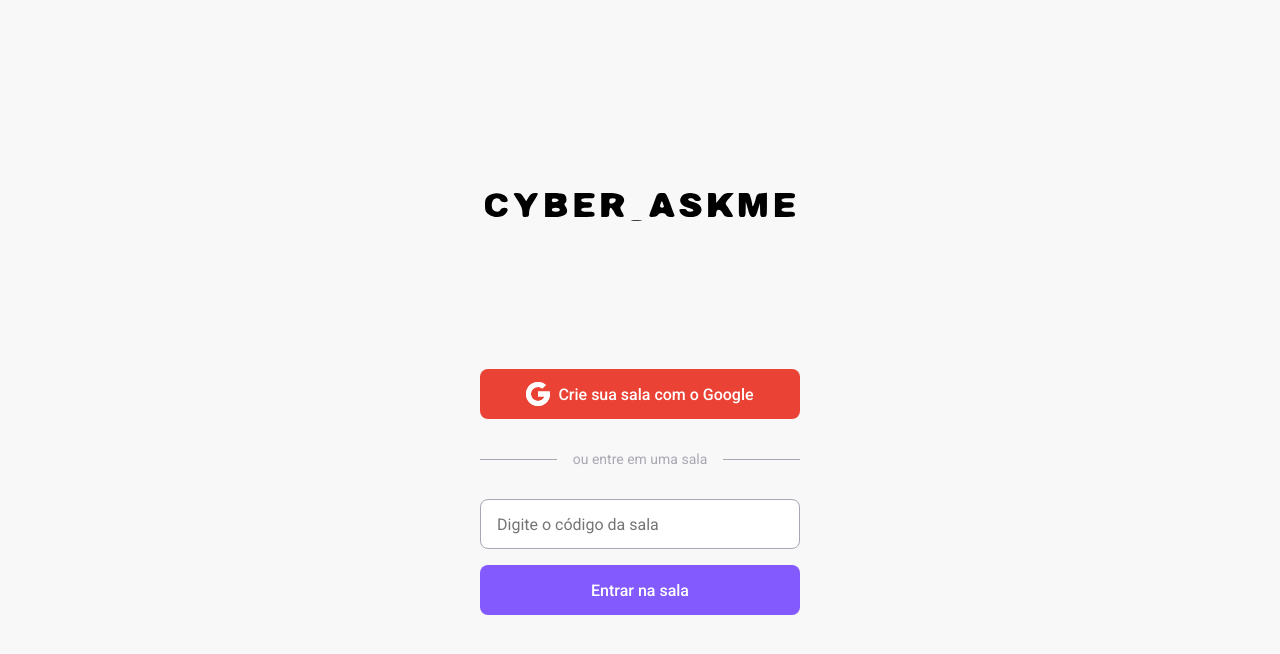
Repository: DevSecOpsRodrigo/cyberx
Page: /
The author's editor kept a copy of each file at every save. The page is drawn from the files as they stood at one save, then again after a run of saves.
The browser window is 1280 px wide. The pictures show the whole page.
The project was rebuilt for these pictures with package versions that can differ from the ones it lists, and the page was loaded fresh each time. Also part of the build but not shown: src/pages/NewRoom.tsx, src/components/Question/styles.scss, src/components/Question/index.tsx, src/styles/room-code.scss, src/components/RoomCode.tsx, src/hooks/useRoom.ts, src/styles/room.scss, src/pages/Room.tsx and 1 more.

Above is the page before, as saved 2021-07-19 04:49:59.

### public/index.html
<!DOCTYPE html>
<html lang="en">
  <head>
    <meta charset="utf-8" />
    <meta name="viewport" content="width=device-width, initial-scale=1" />

    <link rel="preconnect" href="https://fonts.gstatic.com">
    <link href="https://fonts.googleapis.com/css2?family=Poppins:wght@400;700&family=Roboto:wght@400;500&display=swap" rel="stylesheet">

    <link rel="shortcut icon" href="favicon.png" />
    <title>Letmeask</title>
  </head>
  <body>
    <noscript>You need to enable JavaScript to run this app.</noscript>
    <div id="root"></div>
  </body>
</html>

### src/App.tsx
import { BrowserRouter, HashRouter, Route, Switch } from 'react-router-dom'

import { Home } from "./pages/Home";
import { NewRoom } from "./pages/NewRoom";
import { Room } from './pages/Room';
import { AdminRoom } from './pages/AdminRoom';

import { AuthContextProvider } from './contexts/AuthContext'

function App() {
  return (
   <HashRouter>
     <BrowserRouter>
       <AuthContextProvider>
         <Switch>
           <Route path="/" exact component={Home} />
           <Route path="/rooms/new" component={NewRoom} />
           <Route path="/rooms/:id" component={Room} />

           <Route path="/admin/rooms/:id" component={AdminRoom} />
         </Switch>
       </AuthContextProvider>
     </BrowserRouter>
    </HashRouter>
  );
}

export default App;

### src/services/firebase.ts
import firebase from 'firebase/app';

import 'firebase/auth';
import 'firebase/database';

const firebaseConfig = {
  apiKey: "AIzaSyB8s760YcuM7_H1orjfoDASmH31FOrPwCY",
  authDomain: "letmeask-projeto-a2916.firebaseapp.com",
  databaseURL: "https://letmeask-projeto-a2916-default-rtdb.firebaseio.com",
  projectId: "letmeask-projeto-a2916",
  storageBucket: "letmeask-projeto-a2916.appspot.com",
  messagingSenderId: "230011109510",
  appId: "1:230011109510:web:68f979985c181dc15bd107"
};


  firebase.initializeApp(firebaseConfig);

  export const auth = firebase.auth();
  export const database = firebase.database();

  export {firebase}

### src/pages/Home.tsx
import { useHistory } from 'react-router-dom'
import { FormEvent, useState } from 'react';

import illustrationImg from '../assets/images/illustration.svg'
import logoImg from '../assets/images/logo.svg';
import googleIconImg from '../assets/images/google-icon.svg';

import { database } from '../services/firebase';

import { Button } from '../components/Button';
import { useAuth } from '../hooks/useAuth';

import '../styles/auth.scss';

export function Home() {
  const history = useHistory();
  const { user, signInWithGoogle } = useAuth()
  const [roomCode, setRoomCode] = useState('');

  async function handleCreateRoom() {
    if (!user) {
      await signInWithGoogle()
    }

    history.push('/rooms/new');
  }

  async function handleJoinRoom(event: FormEvent) {
    event.preventDefault();

    if (roomCode.trim() === '') {
      return;
    }

    const roomRef = await database.ref(`rooms/${roomCode}`).get();

    if (!roomRef.exists()) {
      alert('Room does not exists.');
      return;
    }

    if (roomRef.val().endedAt) {
      alert('Room already closed.');
      return;
    }

    history.push(`/rooms/${roomCode}`);
  }

  return (
    <div id="page-auth">

      <main>
        <div className="main-content">
          <img src={logoImg} alt="Letmeask" />
          <button onClick={handleCreateRoom} className="create-room">
            <img src={googleIconImg} alt="Logo do Google" />
            Crie sua sala com o Google
          </button>
          <div className="separator">ou entre em uma sala</div>
          <form onSubmit={handleJoinRoom}>
            <input
              type="text"
              placeholder="Digite o código da sala"
              onChange={event => setRoomCode(event.target.value)}
              value={roomCode}
            />
            <Button type="submit">
              Entrar na sala
            </Button>
          </form>
        </div>
      </main>
    </div>
  )
}

### src/contexts/AuthContext.tsx
import { createContext, ReactNode, useEffect, useState } from "react";
import { auth, firebase } from "../services/firebase";

type User = {
  id: string;
  name: string;
  avatar: string;
}

type AuthContextType = {
  user: User | undefined;
  signInWithGoogle: () => Promise<void>;
}

type AuthContextProviderProps = {
  children: ReactNode;
}

export const AuthContext = createContext({} as AuthContextType);

export function AuthContextProvider(props: AuthContextProviderProps) {
  const [user, setUser] = useState<User>();

  useEffect(() => {
    const unsubscribe = auth.onAuthStateChanged(user => {
      if (user) {
        const { displayName, photoURL, uid } = user

        if (!displayName || !photoURL) {
          throw new Error('Missing information from Google Account.');
        }

        setUser({
          id: uid,
          name: displayName,
          avatar: photoURL
        })
      }
    })

    return () => {
      unsubscribe();
    }
  }, [])

  async function signInWithGoogle() {
    const provider = new firebase.auth.GoogleAuthProvider();

    const result = await auth.signInWithPopup(provider);

    if (result.user) {
      const { displayName, photoURL, uid } = result.user

      if (!displayName || !photoURL) {
        throw new Error('Missing information from Google Account.');
      }

      setUser({
        id: uid,
        name: displayName,
        avatar: photoURL
      })
    }
  }

  return (
    <AuthContext.Provider value={{ user, signInWithGoogle }}>
      {props.children}
    </AuthContext.Provider>
  );
}

### src/styles/auth.scss
#page-auth {
  display: flex;
  align-items: stretch;
  height: 100vh;

  aside {
    flex: 7;

    background: #835afd;
    color: #FFF;

    display: flex;
    flex-direction: column;
    justify-content: center;

    padding: 120px 80px;

    img {
      max-width: 320px;
    }

    strong {
      font: 700 36px 'Poppins', sans-serif;
      line-height: 42px;
      margin-top: 16px;
    }

    p {
      font-size: 24px;
      line-height: 32px;
      margin-top: 16px;
      color: #f8f8f8;
    }
  }

  main {
    flex: 8;

    padding: 0 32px;

    display: flex;
    align-items: center;
    justify-content: center;
  }

  .main-content {
    display: flex;
    flex-direction: column;
    width: 100%;
    max-width: 320px;
    align-items: stretch;
    text-align: center;

    > img {
      align-self: center;
    }

    h2 {
      font-size: 24px;
      margin: 64px 0 24px;
      font-family: 'Poppins', sans-serif;
    }

    form {
      input {
        height: 50px;
        border-radius: 8px;
        padding: 0 16px;
        background: #FFF;
        border: 1px solid #a8a8b3;
      }

      button {
        margin-top: 16px;
      }

      button, input {
        width: 100%;
      }
    }

    p {
      font-size: 14px;
      color: #737380;
      margin-top: 16px;

      a {
        color: #e559f9;
      }
    }
  }

  .create-room {
    margin-top: 64px;
    height: 50px;
    border-radius: 8px;
    font-weight: 500;
    background: #ea4335;
    color: #FFF;

    display: flex;
    justify-content: center;
    align-items: center;

    cursor: pointer;
    border: 0;

    transition: filter 0.2s;

    img {
      margin-right: 8px;
    }

    &:hover {
      filter: brightness(0.9);
    }
  }

  .separator {
    font-size: 14px;
    color: #a8a8b3;

    margin: 32px 0;
    display: flex;
    align-items: center;

    &::before {
      content: '';
      flex: 1;
      height: 1px;
      background: #a8a8b3;
      margin-right: 16px;
    }

    &::after {
      content: '';
      flex: 1;
      height: 1px;
      background: #a8a8b3;
      margin-left: 16px;
    }
  }
}

Loaded but not shown: src/index.tsx (common file); src/styles/global.scss (common file); src/components/Button.tsx (common file); src/hooks/useAuth.ts (common file); src/styles/button.scss (common file)

After the next 2 saves:
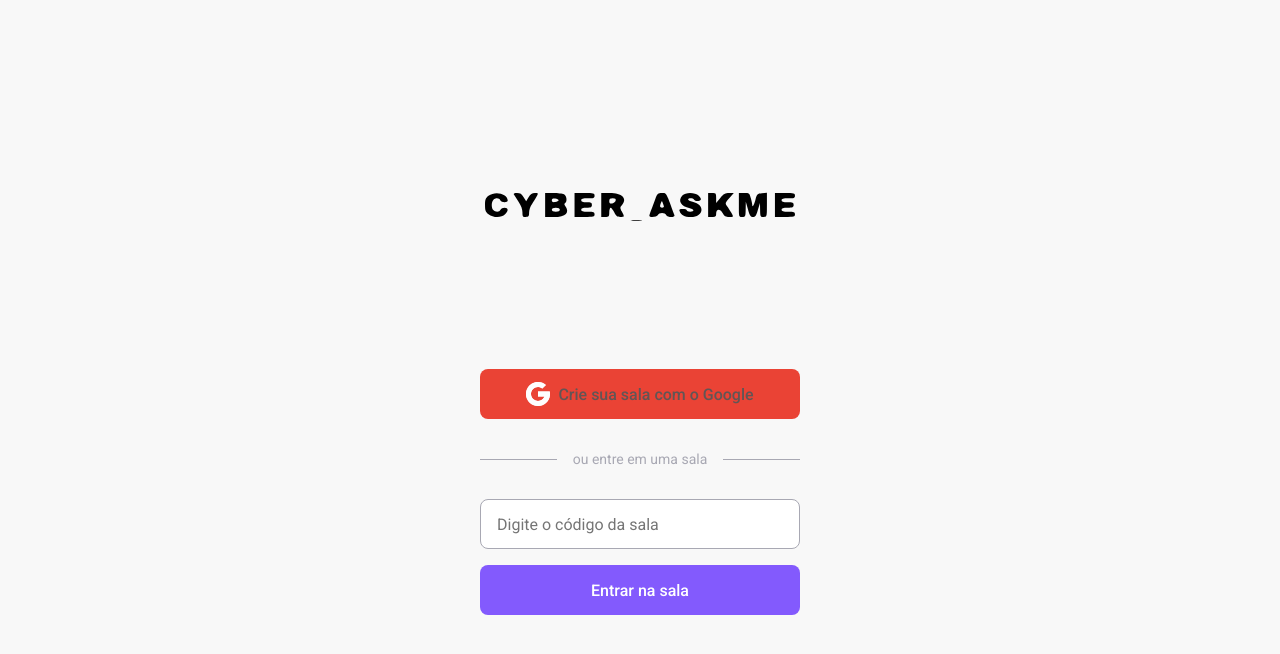
The 2 saves are shown as one change because they came seconds apart.
The last was saved 51 s later.
--- a/src/styles/auth.scss
+++ b/src/styles/auth.scss
@@ -96,7 +96,7 @@
     border-radius: 8px;
     font-weight: 500;
     background: #ea4335;
-    color: #FFF;
+    color: rgb(98, 85, 85);
 
     display: flex;
     justify-content: center;

After the save that followed:
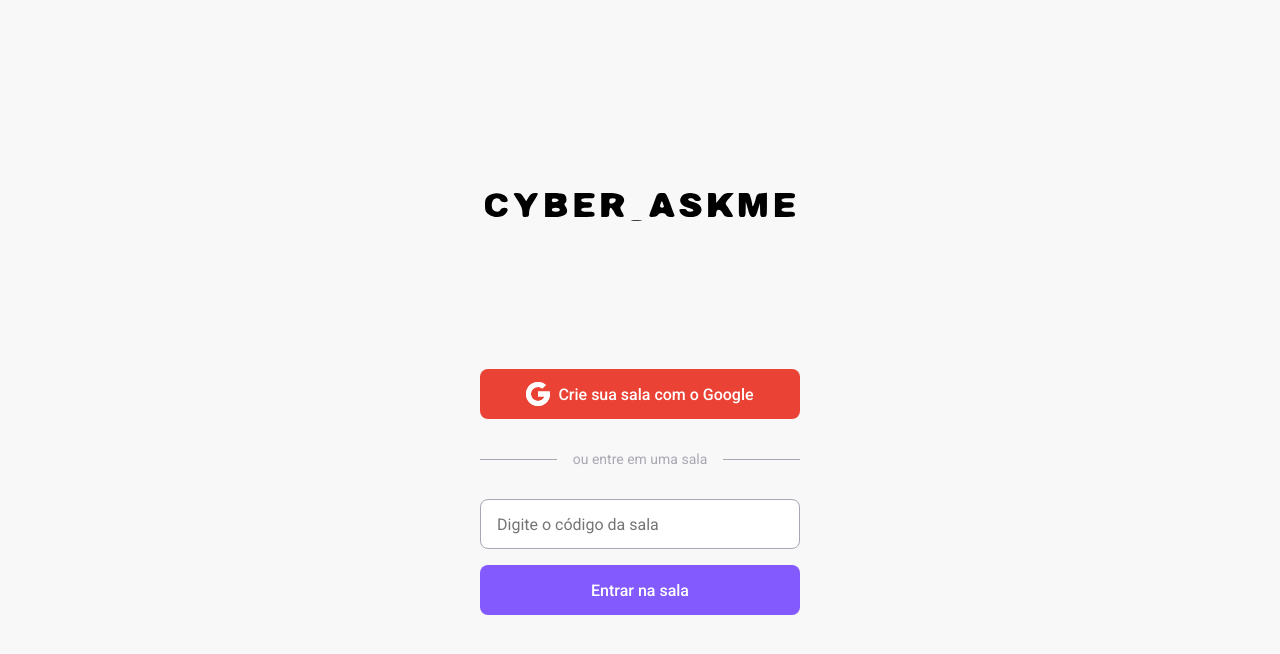
Saved 5 s later.
--- a/src/styles/auth.scss
+++ b/src/styles/auth.scss
@@ -96,7 +96,7 @@
     border-radius: 8px;
     font-weight: 500;
     background: #ea4335;
-    color: rgb(98, 85, 85);
+    color: rgb(255, 255, 255);
 
     display: flex;
     justify-content: center;
